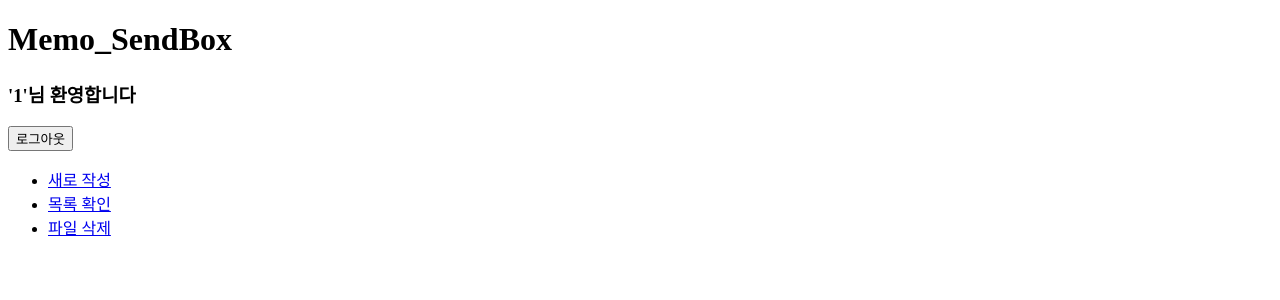
Repository: Rysdne/01_Java
Page: http://localhost/WildcatTest/
An editor plug-in stored every save of this project. The page is shown before and after a run of saves, followed by the edit.
The browser window is 1280 px wide. The pictures show the whole page.
The page is served by Tomcat 9. The session is filled in as if someone had signed in: {"id": 1}. Queries for data that is not in the repository find no rows.

Above is the page before, as saved 2022-07-14 08:12:23.
Console error (its wording comes from the project's code and is left out).

After the next 2 saves:
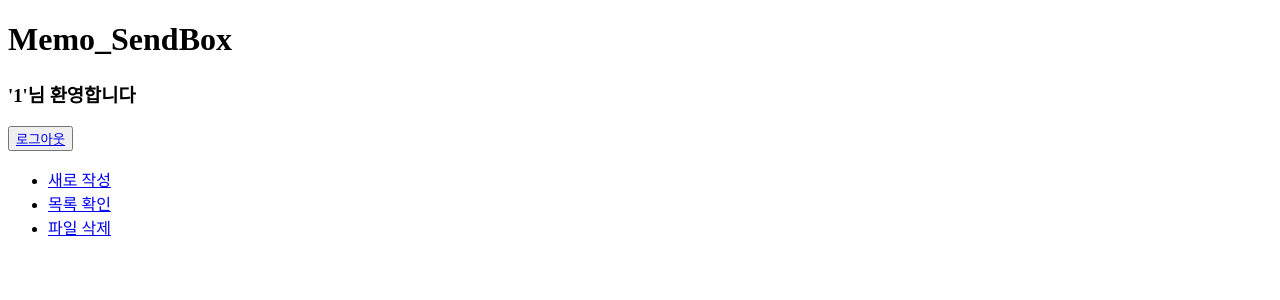
The error is gone.
The 2 saves are shown as one change because they came seconds apart.
The last was saved 5 min 41 s later.
--- a/WildcatTest/src/main/webapp/index.jsp
+++ b/WildcatTest/src/main/webapp/index.jsp
@@ -32,7 +32,7 @@
 	%>
 	<h1>Memo_SendBox</h1>
 	<h3>'<%=session.getAttribute("id")%>'님 환영합니다</h3>
-	<button onclick="/WildcatTest/login/logout.jsp">로그아웃</button>
+	<button><a href="/WildcatTest/login/logout.jsp">로그아웃</a></button>
 	<ul>
 		<li><a href="/WildcatTest/io/create.jsp">새로 작성</a></li>
 		<li><a href="/WildcatTest/list/listAll.jsp">목록 확인</a></li>
